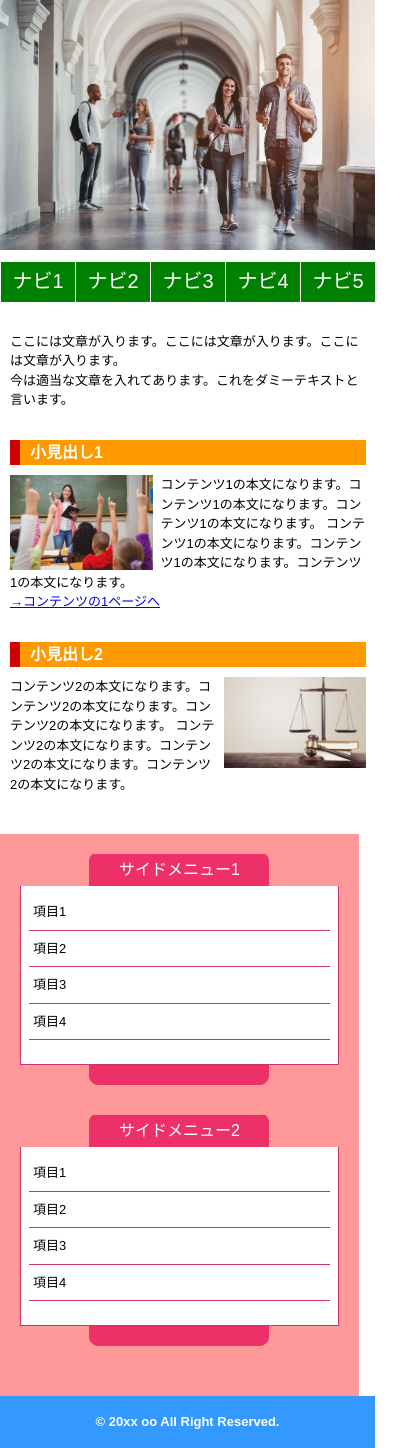
Repository: tameikimaziri/samurai_HTML-CSS
Page: index.html
The author's editor kept a record of every edit. The page is drawn from the files as they stood at one moment, then again after the next edit.
The browser window is 375 px wide. The page is 396 px wide, so the pictures cover 396 px, including what lies to the right of the window. The pictures show the whole page.

Above is the page before.

After the next edit:
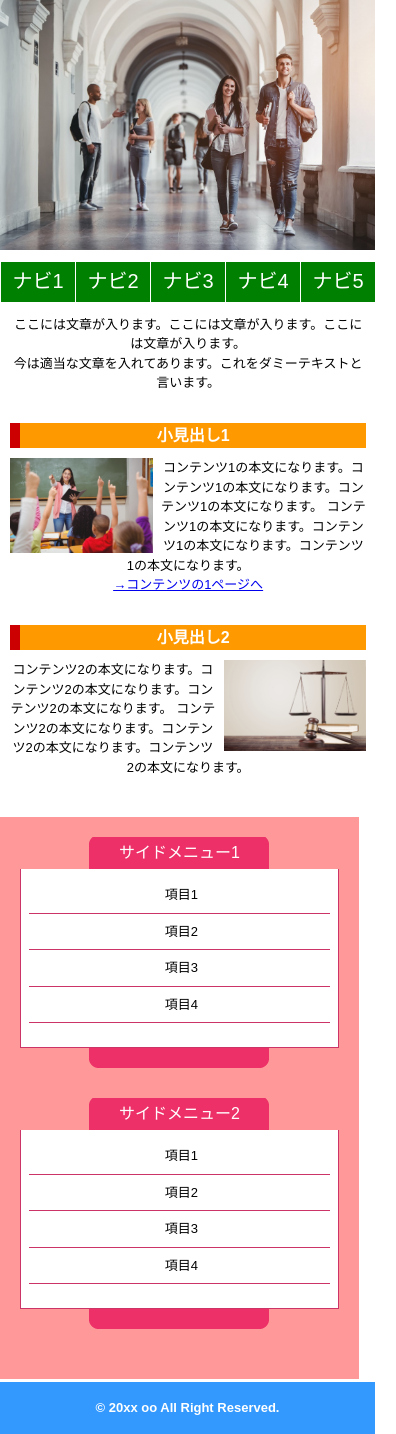
The edit:
--- a/stylesheet.css
+++ b/stylesheet.css
@@ -140,6 +140,10 @@
     /*	display: grid;
     grid-template-columns: 100vw;*/
     display: block;
+    text-align: center;
+     clear: both;
+     width: 100%;
+     padding: 3px 0 3px 0 ;
 
   }
  #nav ul li a {

After the edit that followed:
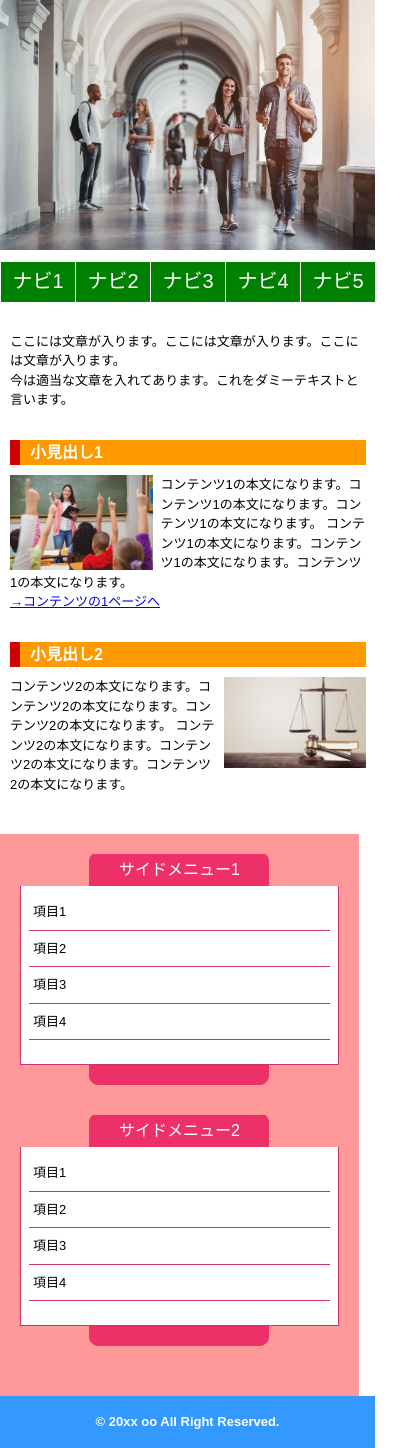
The edit:
--- a/stylesheet.css
+++ b/stylesheet.css
@@ -140,14 +140,12 @@
     /*	display: grid;
     grid-template-columns: 100vw;*/
     display: block;
-    text-align: center;
-     clear: both;
-     width: 100%;
-     padding: 3px 0 3px 0 ;
-
-  }
+      }
  #nav ul li a {
 　   font-size: 6.25vw;
+　   box-sizing: border-box;
+　   width:100%;
+　   padding: 0;
  }
  }
 
